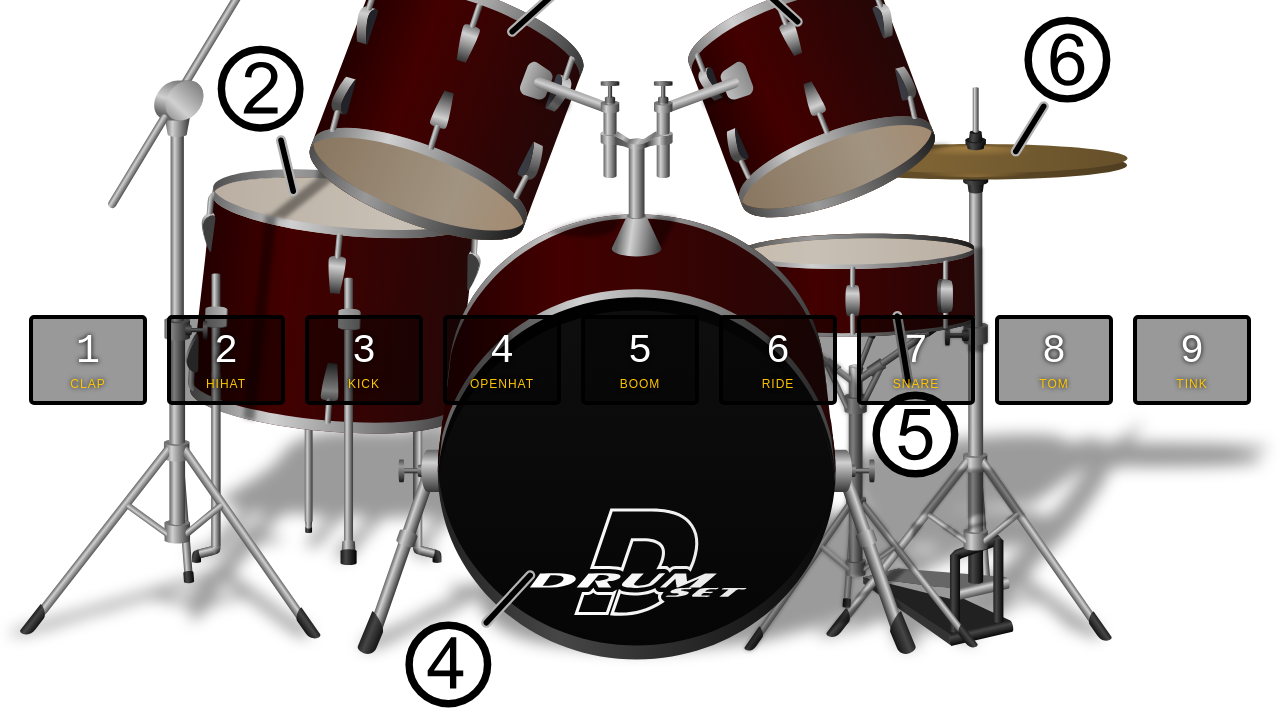
Repository: polishchuk404/drum-kit
Page: index.html
These files come from the project's save history. The page is drawn as it stood at one moment and after the next save; the edit follows.
The browser window is 1280 px wide. The pictures show the whole page.

Above is the page before, as saved 2020-10-08 15:30:43.

After the next save:
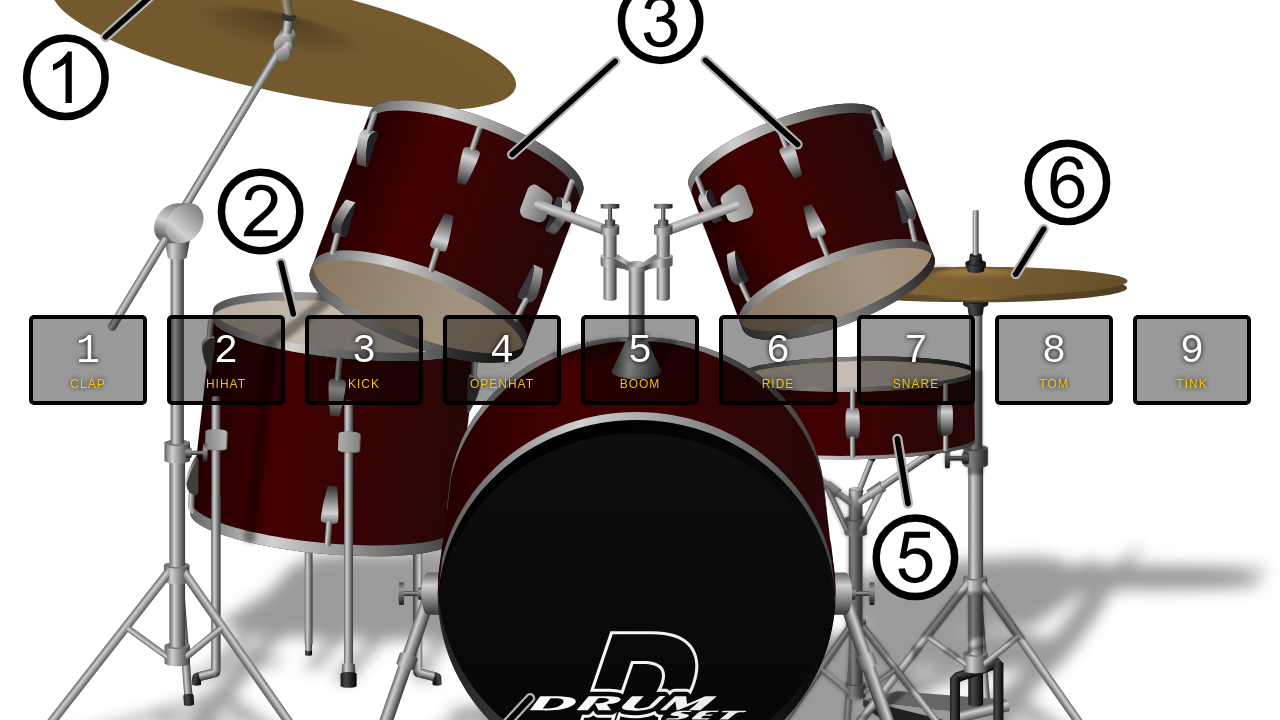
Saved 47 s later.
--- a/style/style.css
+++ b/style/style.css
@@ -1,6 +1,6 @@
 html {
   font-size: 10px;
-  background: url('../drum_set.svg') bottom center;
+  background: url('../drum_set.svg') center center;
   background-size: cover;
 }
 
